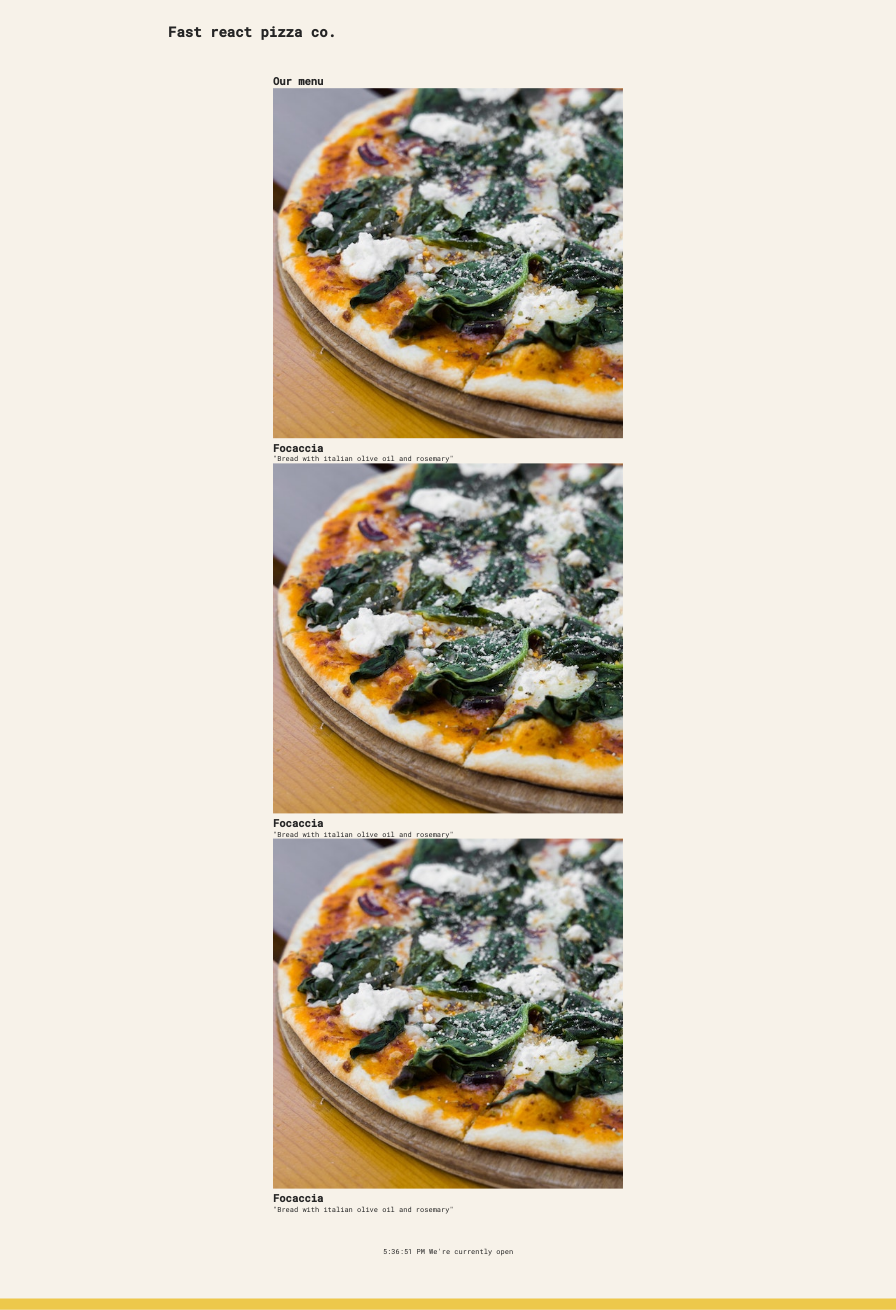
Repository: ahmedharidy/First-React-App
Page: /
These files come from the project's save history. The page is drawn as it stood at one moment and after the next save; the edit follows.
The browser window is 1280 px wide. The pictures show the whole page, at 70% of full size.
The project was rebuilt for these pictures with package versions that can differ from the ones it lists, and the page was loaded fresh each time.

Above is the page before, as saved 2026-09-22 09:13:55.

After the next save:
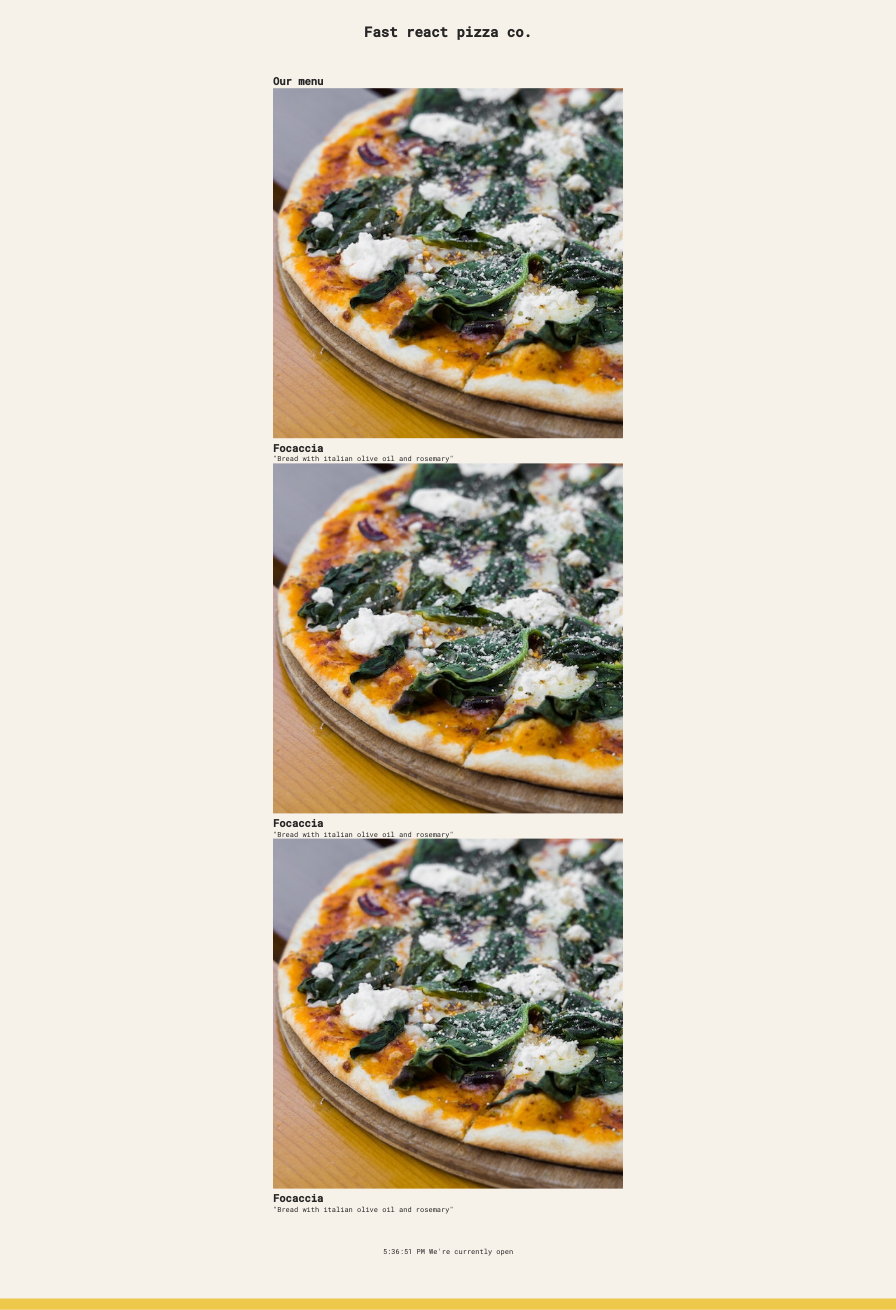
Saved 25 s later.
--- a/src/index.js
+++ b/src/index.js
@@ -70,9 +70,11 @@ function Header() {
   //   const style = { color: "red", fontSize: "48px", textTransform: "uppercase" };
   const style = {};
   return (
-    <h1 style={style} className="header">
-      Fast react pizza co.
-    </h1>
+    <header>
+      <h1 style={style} className="header">
+        Fast react pizza co.
+      </h1>
+    </header>
   );
 }
 function Menu() {
